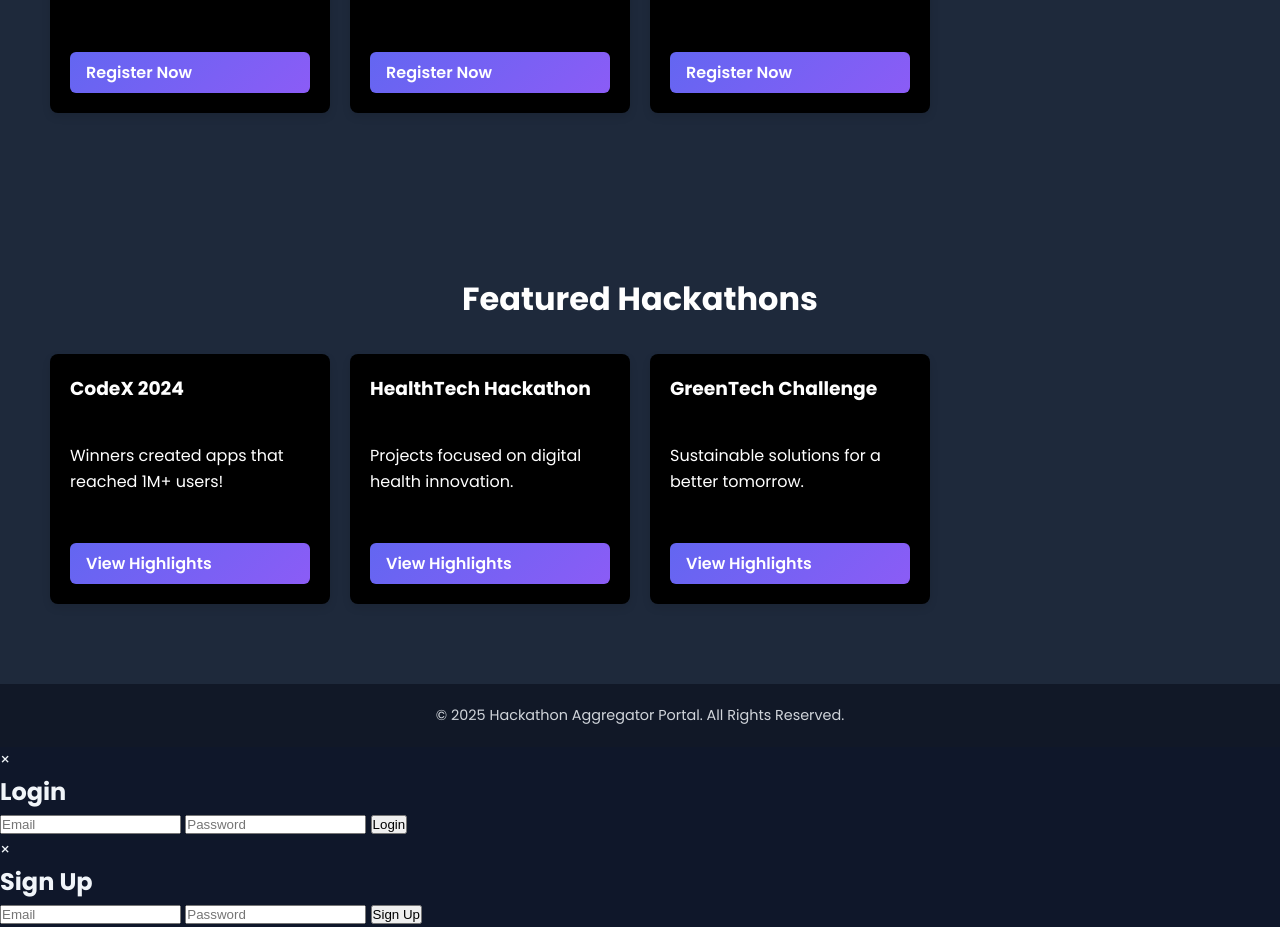
Repository: masihuddin-tech/Hackathon-Project
Page: index.html
An editor plug-in stored every save of this project. The page is shown before and after the next save, followed by the edit.
The browser window is 1280 px wide. The pictures show the part of the page from y = 1018 to 1970 px (the page is 1945 px tall before and 1970 px after).
Backgrounds fixed to the window are drawn as part of the page.

Above is the page before, as saved 2025-09-04 10:48:26.
Not found: app.js

### index.html
<!DOCTYPE html>
<html lang="en">
<head>
  <meta charset="UTF-8" />
  <meta name="viewport" content="width=device-width, initial-scale=1.0" />
  <title>Hackathon Aggregator Portal</title>
  <link rel="stylesheet" href="style.css" />
  <link href="https://fonts.googleapis.com/css2?family=Poppins:wght@400;600;700&display=swap" rel="stylesheet" />
</head>
<body>

  <!-- Navbar -->
<header class="navbar">
  <div class="logo">HackPortal</div>
  <nav>
    <div class="nav-links">
      <a href="#current">Current Hackathons</a>
      <a href="#past">Featured Hackathons</a>
    </div>
    <div class="nav-buttons">
      <a href="login.html" id="login-btn" class="login-btn">Log In</a>
      <a href="signup.html" id="signup-btn" class="signup-btn">Sign Up</a>
    </div>
  </nav>

</header>

  <!-- Hero Section with Parallax -->
  <section class="hero">
    <div class="hero-content">
      <h1>Discover Your Next Big Coding Challenge</h1>
      <p>Join exciting hackathons, build innovative projects, and connect with the coding community.</p>
      <a href="#current" class="btn-secondary">Explore Hackathons</a>
    </div>
  </section>

  <!-- Current Hackathons -->
<section id="current" class="hackathons-section">
  <h2>Upcoming Hackathons</h2>
  <div class="hackathon-grid" id="current-hackathons">
    <!-- Dummy Cards -->
    <div class="card">
      <h3>AI Challenge 2025</h3>
      <p>Build AI-powered apps and compete globally.</p>
      <a href="#">Register Now</a>
    </div>
    <div class="card">
      <h3>Web3 Hackfest</h3>
      <p>Explore blockchain, NFTs, and decentralized apps.</p>
      <a href="#">Register Now</a>
    </div>
    <div class="card">
      <h3>Data Science Sprint</h3>
      <p>Compete with the best data scientists worldwide.</p>
      <a href="#">Register Now</a>
    </div>
  </div>
</section>

<!-- Past Hackathons -->
<section id="past" class="hackathons-section">
  <h2>Featured Hackathons</h2>
  <div class="hackathon-grid" id="past-hackathons">
    <!-- Dummy Cards -->
    <div class="card">
      <h3>CodeX 2024</h3>
      <p>Winners created apps that reached 1M+ users!</p>
      <a href="#">View Highlights</a>
    </div>
    <div class="card">
      <h3>HealthTech Hackathon</h3>
      <p>Projects focused on digital health innovation.</p>
      <a href="#">View Highlights</a>
    </div>
    <div class="card">
      <h3>GreenTech Challenge</h3>
      <p>Sustainable solutions for a better tomorrow.</p>
      <a href="#">View Highlights</a>
    </div>
  </div>
</section>


  <!-- Footer -->
  <footer>
    <p>© 2025 Hackathon Aggregator Portal. All Rights Reserved.</p>
  </footer>

  <!-- Login Modal -->
  <div class="modal hidden" id="login-modal">
    <div class="modal-content">
      <span class="close" id="login-close">&times;</span>
      <h2>Login</h2>
      <input type="email" id="login-email" placeholder="Email" />
      <input type="password" id="login-password" placeholder="Password" />
      <button id="login-submit">Login</button>
    </div>
  </div>

  <!-- Signup Modal -->
  <div class="modal hidden" id="signup-modal">
    <div class="modal-content">
      <span class="close" id="signup-close">&times;</span>
      <h2>Sign Up</h2>
      <input type="email" id="signup-email" placeholder="Email" />
      <input type="password" id="signup-password" placeholder="Password" />
      <button id="signup-submit">Sign Up</button>
    </div>
  </div>

  <script src="app.js" type="module"></script>
</body>
</html>

### style.css
/* Reset */
* {
  margin: 0;
  padding: 0;
  box-sizing: border-box;
}

html {
  scroll-behavior: smooth;
}

body {
  font-family: 'Poppins', sans-serif;
  background: #0f172a; /* dark base */
  color: #f1f5f9;
  line-height: 1.6;
}

/* Navbar */
.navbar {
  position: fixed;
  top: 0;
  left: 0;
  width: 100%;
  background: rgba(17, 17, 17, 0.85);
  backdrop-filter: blur(10px);
  color: white;
  display: flex;
  align-items: center;
  justify-content: space-between;
  padding: 15px 50px;
  z-index: 1000;
}

/* Logo left aligned */
.navbar .logo {
  font-size: 2rem;
  font-weight: 700;
  color: white;
  flex: 0 0 auto;
}

/* Nav container */
.navbar nav {
  flex: 1 1 auto;
  display: flex;
  justify-content: center;
  align-items: center;
  gap: 40px;
  position: relative;
}

/* Nav links center */
.navbar nav .nav-links {
  display: flex;
  gap: 30px;
  margin-left: -200px; /* slight left shift */
}

/* Login / Signup right */
.navbar nav .nav-buttons {
  position: absolute;
  right: -30px;
  top: 50%;
  transform: translateY(-50%);
  display: flex;
  gap: 10px;
}

/* General nav link style */
.navbar nav a {
  padding: 8px 18px;
  border: 2px solid white;
  border-radius: 30px;
  color: white;
  text-decoration: none;
  font-weight: 600;
  transition: all 0.3s ease;
  cursor: pointer;
  white-space: nowrap;
}

/* Hover effect */
.navbar nav a:hover {
  background: linear-gradient(135deg, #6366f1, #8b5cf6);
  border-color: transparent;
  box-shadow: 0 0 12px rgba(139, 92, 246, 0.7);
}

/* Login button */
#login-btn, #signup-btn {
  border: none;
  background: linear-gradient(135deg, #6366f1, #8b5cf6);
  color: white;
  border-radius: 30px;
  padding: 8px 18px;
  font-weight: 600;
  transition: all 0.3s ease;
}

#login-btn:hover, #signup-btn:hover {
  background: linear-gradient(135deg, #8b5cf6, #6366f1);
  box-shadow: 0 0 15px rgba(99, 102, 241, 0.8);
  transform: scale(1.05);
}

/* Responsive */
@media (max-width: 768px) {
  .navbar {
    flex-wrap: wrap;
    padding: 10px 20px;
  }
  .navbar nav {
    flex-basis: 100%;
    justify-content: center;
    margin: 10px 0;
    position: static;
  }
  .navbar nav .nav-buttons {
    position: static;
    margin-top: 10px;
    justify-content: center;
    width: 100%;
  }
}

/* Hero Section */
.hero {
  background: linear-gradient(
      rgba(17, 17, 17, 0.6),
      rgba(17, 17, 17, 0.6)
    ),
    url('https://images.unsplash.com/photo-1555066931-4365d14bab8c?fit=crop&w=1600&q=80') center/cover fixed;
  height: 100vh;
  display: flex;
  align-items: center;
  justify-content: center;
  text-align: center;
  color: white;
  position: relative;
}

.hero h1 {
  font-size: 3.5rem;
  font-weight: 800;
  margin-bottom: 15px;
}

.hero p {
  font-size: 1.3rem;
  margin-bottom: 30px;
  color: #e5e7eb;
}

/* Hero Button */
.btn-secondary {
  padding: 12px 30px;
  border-radius: 8px;
  font-size: 1.1rem;
  font-weight: 600;
  background: linear-gradient(135deg, #6366f1, #8b5cf6);
  color: white;
  text-decoration: none;
  display: inline-block;
  transition: all 0.3s ease;
  border-radius: 50px;
}

.btn-secondary:hover {
  background: linear-gradient(135deg, #8b5cf6, #6366f1);
  box-shadow: 0 0 18px rgba(139, 92, 246, 0.8);
}

/* Hackathon Cards */
.hackathons-section {
  padding: 80px 50px;
  background: #1e293b;
  color: white;
}

.hackathons-section h2 {
  text-align: center;
  font-size: 2rem;
  margin-bottom: 30px;
}

.hackathon-grid {
  display: grid;
  grid-template-columns: repeat(auto-fill, minmax(280px, 1fr));
  gap: 20px;
}

.card {
  background: rgb(0, 0, 0);
  border-radius: 8px;
  padding: 20px;
  box-shadow: 0 4px 8px rgba(0,0,0,0.1);
  transition: transform 0.3s, box-shadow 0.3s;
  min-height: 250px;  /* 🔥 Add this to increase card length */
  display: flex;
  flex-direction: column;
  justify-content: space-between; /* keeps button at bottom */
}

.card:hover {
  transform: translateY(-6px) scale(1.02);
  box-shadow: 0 12px 24px rgba(0,0,0,0.3);
}

.card a {
  display: inline-block;
  margin-top: 10px;
  padding: 8px 16px;
  background: linear-gradient(135deg, #6366f1, #8b5cf6);   /* 🔵 rich blue background */
  color: white;
  font-weight: 600;
  border-radius: 6px;
  text-decoration: none;
  transition: background 0.3s ease, transform 0.2s ease;
}

.card a:hover {
  background: linear-gradient(135deg, #6366f1, #8b5cf6);   /* darker blue on hover */
  transform: scale(1.05); /* slight zoom effect */
}



/* Footer */
footer {
  background: #111827;
  color: #d1d5db;
  padding: 20px;
  text-align: center;
  font-size: 0.9rem;
}

After the next save:
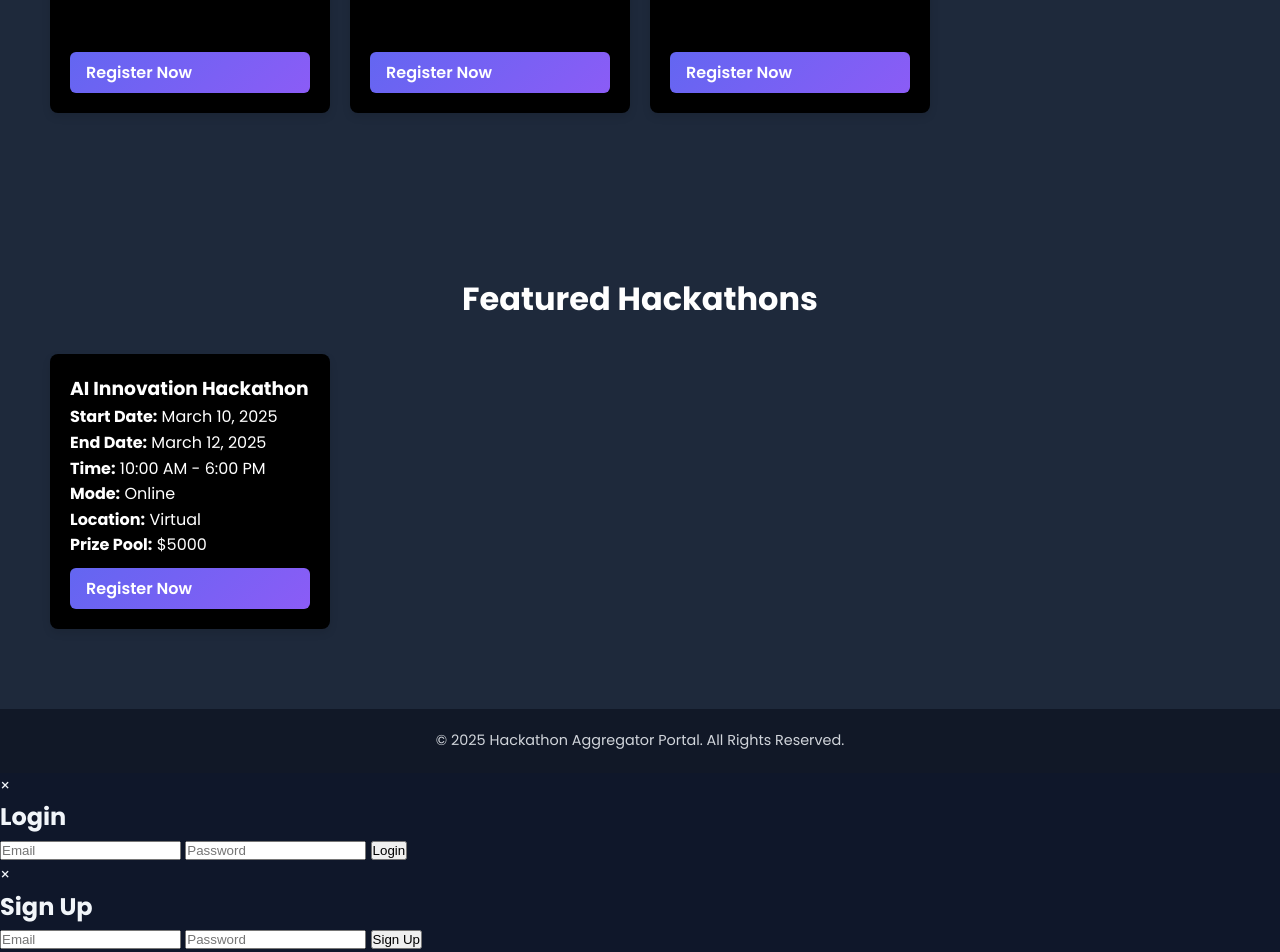
Saved 65 s later.
--- a/index.html
+++ b/index.html
@@ -63,20 +63,16 @@
   <div class="hackathon-grid" id="past-hackathons">
     <!-- Dummy Cards -->
     <div class="card">
-      <h3>CodeX 2024</h3>
-      <p>Winners created apps that reached 1M+ users!</p>
-      <a href="#">View Highlights</a>
-    </div>
-    <div class="card">
-      <h3>HealthTech Hackathon</h3>
-      <p>Projects focused on digital health innovation.</p>
-      <a href="#">View Highlights</a>
-    </div>
-    <div class="card">
-      <h3>GreenTech Challenge</h3>
-      <p>Sustainable solutions for a better tomorrow.</p>
-      <a href="#">View Highlights</a>
-    </div>
+  <h3>AI Innovation Hackathon</h3>
+  <p><strong>Start Date:</strong> March 10, 2025</p>
+  <p><strong>End Date:</strong> March 12, 2025</p>
+  <p><strong>Time:</strong> 10:00 AM - 6:00 PM</p>
+  <p><strong>Mode:</strong> Online</p>
+  <p><strong>Location:</strong> Virtual</p>
+  <p><strong>Prize Pool:</strong> $5000</p>
+  <a href="#">Register Now</a>
+</div>
+
   </div>
 </section>
 
